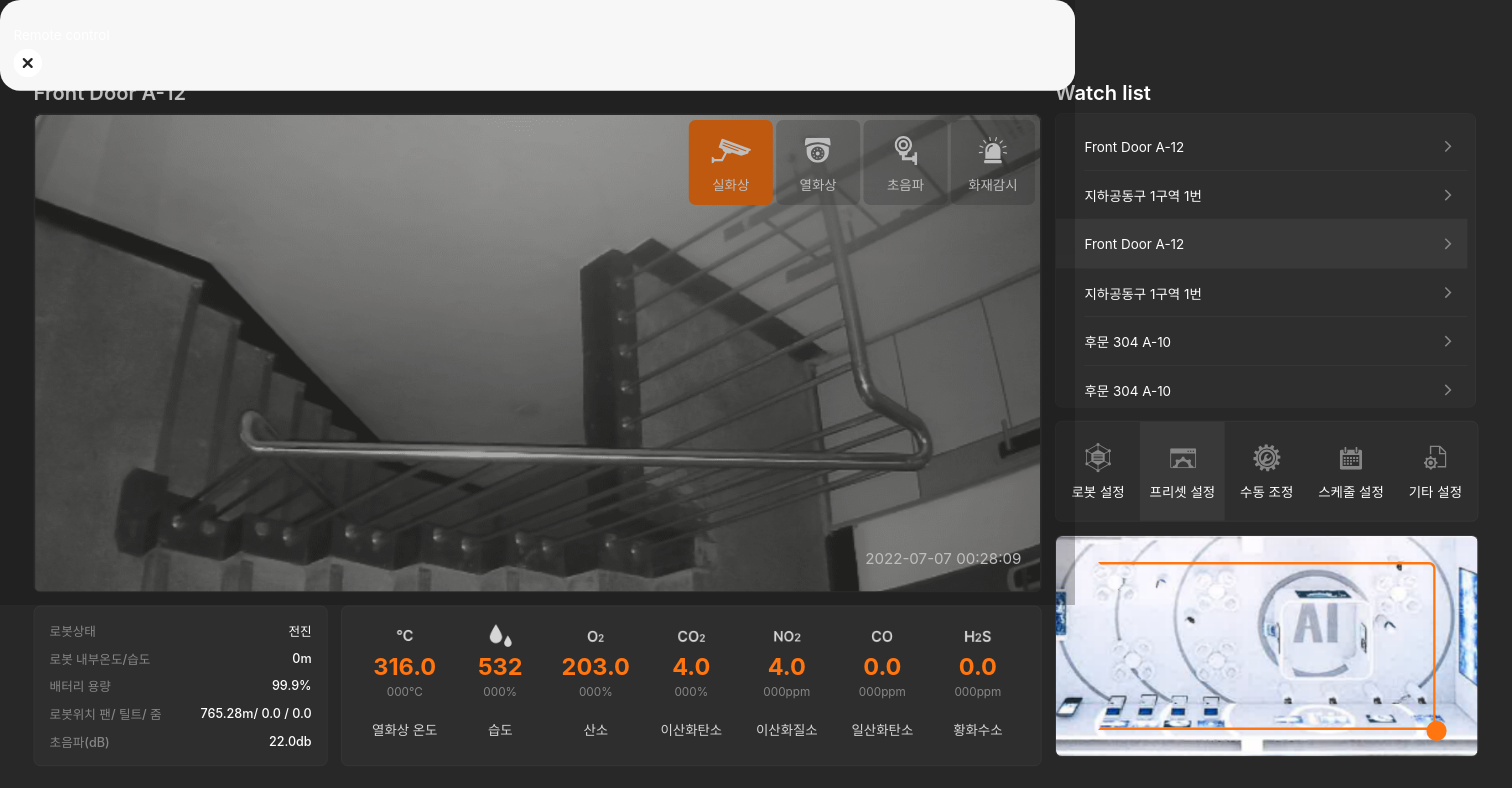
Repository: jang0ha/betobot
Page: content/main/main.html
These files come from the project's save history. The page is drawn as it stood at one moment and after the next save; the edit follows.
The browser window is 1280 px wide. The page is 1800 px wide, so the pictures cover 1800 px, including what lies to the right of the window. The pictures show the whole page, at 84% of full size.
Some web fonts or font styles are not loaded; a fallback is used. The style sheet was rebuilt from its Sass, Less or Tailwind sources for each picture, by a compiler version that may differ from the author's.

Above is the page before, as saved 2022-07-20 14:33:06.

After the next save:
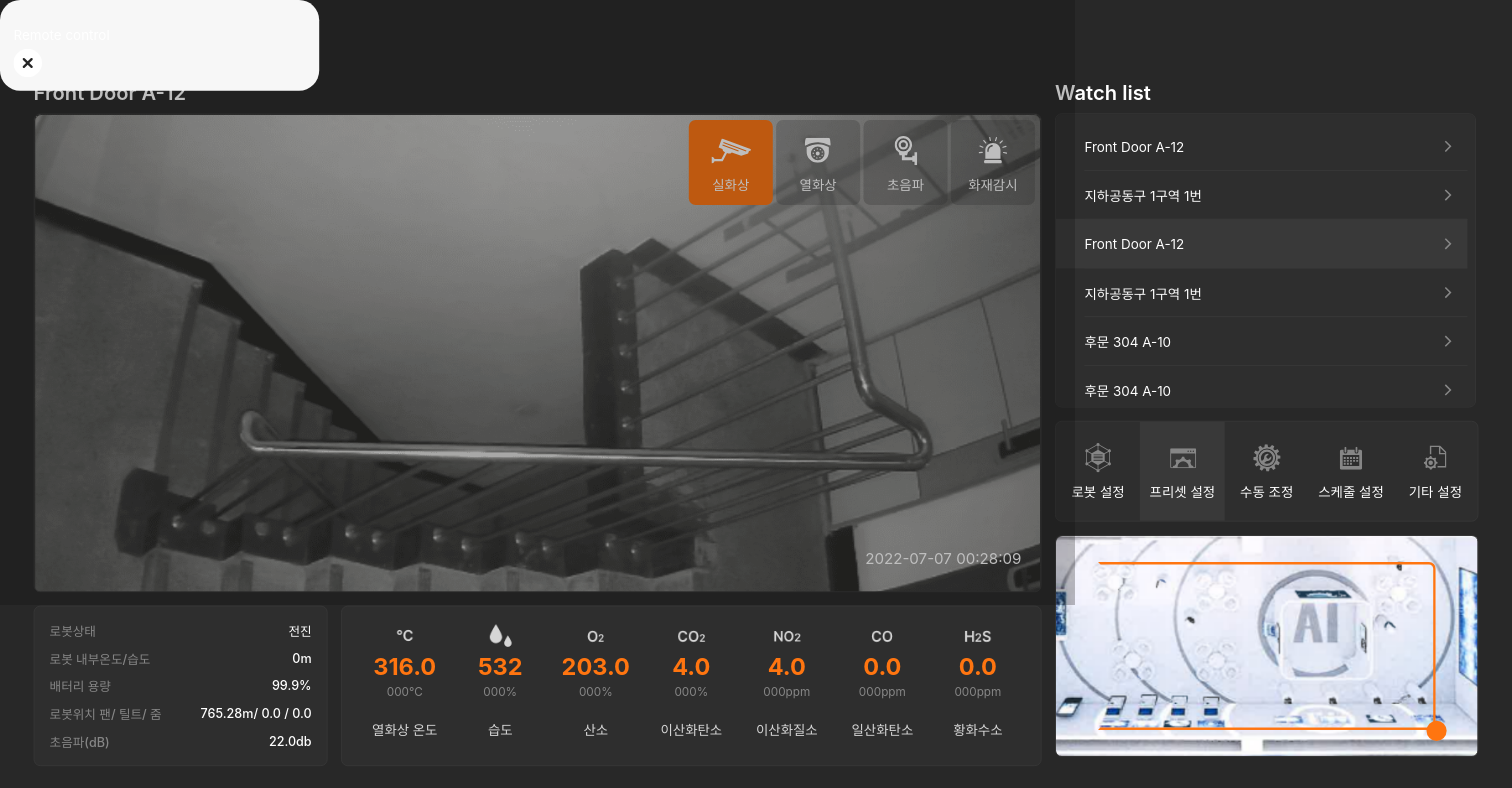
Saved 24 s later.
--- a/resources/scss/style.scss
+++ b/resources/scss/style.scss
@@ -341,6 +341,7 @@
         border-radius: 24px;
         background: #f7f7f7;
         position: relative;
+        width: 380px;
     }
     .popup-header{
         margin-bottom: 24px;
